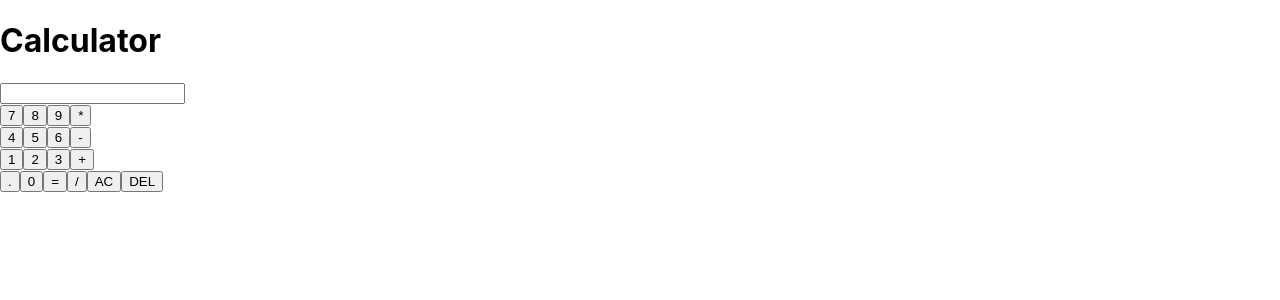
Repository: thesaherriaz/Calculator-React
Page: /
An editor plug-in stored every save of this project. The page is shown before and after the next save, followed by the edit.
The browser window is 1280 px wide. The pictures show the whole page.
The project was rebuilt for these pictures with package versions that can differ from the ones it lists, and the page was loaded fresh each time.

Above is the page before, as saved 2025-06-18 14:12:58.

### src/App.js
import React from 'react'
import Calculator from './compnents/Calculator'

function App() {
  return (
    <Calculator />
  )
}

export default App

### src/compnents/Calculator.jsx
import React from 'react'

function Calculator() {
  return (
    <>
        <div className="Calculator">
            <h1>Calculator</h1>
            <input type="text" name="input" id="input" />
            <div>
                <button>7</button>
                <button>8</button>
                <button>9</button>
                <button>*</button> <br />
                <button>4</button>
                <button>5</button>
                <button>6</button>
                <button>-</button> <br />
                <button>1</button>
                <button>2</button>
                <button>3</button>
                <button>+</button> <br />
                <button>.</button>
                <button>0</button>
                <button>=</button>
                <button>/</button>
                <button>AC</button>
                <button>DEL</button>
            </div>
        </div>
    </>
  )
}

export default Calculator

Loaded but not shown: public/index.html (common file); src/index.js (common file); src/index.css (common file); src/reportWebVitals.js (common file)

After the next save:
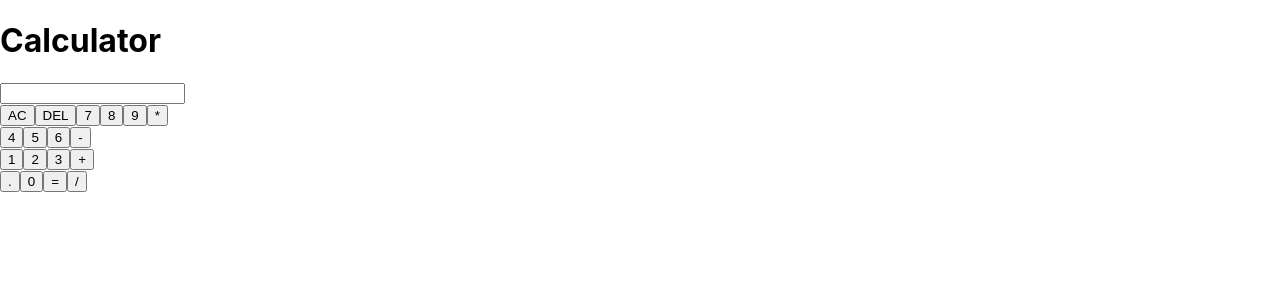
Saved 13 s later.
--- a/src/compnents/Calculator.jsx
+++ b/src/compnents/Calculator.jsx
@@ -7,6 +7,8 @@ function Calculator() {
             <h1>Calculator</h1>
             <input type="text" name="input" id="input" />
             <div>
+                <button>AC</button>
+                <button>DEL</button>
                 <button>7</button>
                 <button>8</button>
                 <button>9</button>
@@ -23,8 +25,6 @@ function Calculator() {
                 <button>0</button>
                 <button>=</button>
                 <button>/</button>
-                <button>AC</button>
-                <button>DEL</button>
             </div>
         </div>
     </>
